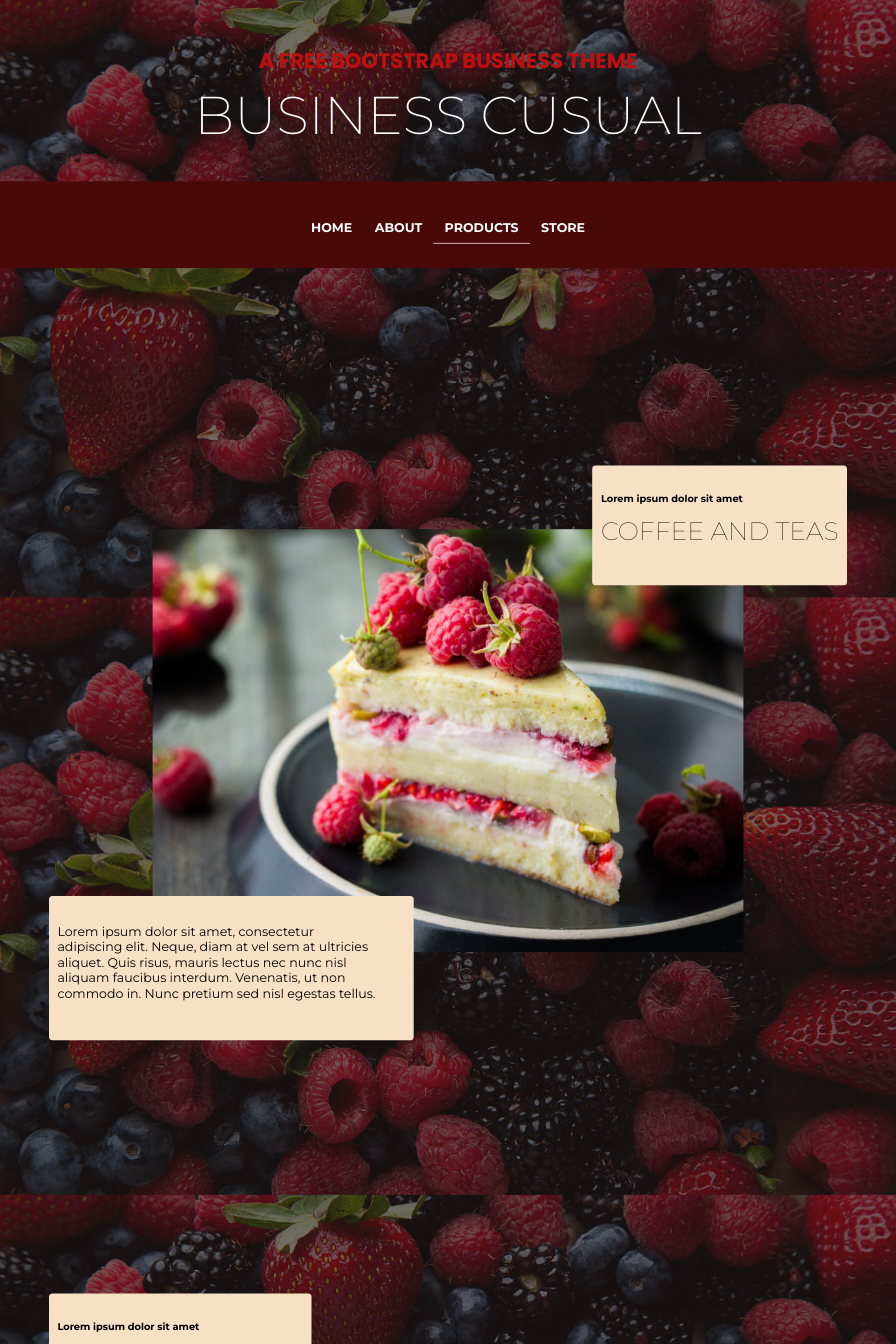
Repository: wadelfadill/tache_7_Business_bootstrap_theme
Page: product.html
An editor plug-in stored every save of this project. The page is shown before and after the next save, followed by the edit.
The browser window is 1280 px wide. The pictures show the part of the page from y = 0 to 1920 px (the page is 4296 px tall before and 3688 px after), at 70% of full size.
Backgrounds fixed to the window are drawn as part of the page.

Above is the page before, as saved 2023-04-30 17:36:46.

### product.html
<!DOCTYPE html>
<html lang="en">
<head>
    <meta charset="UTF-8">
    <meta http-equiv="X-UA-Compatible" content="IE=edge">
    <meta name="viewport" content="width=device-width, initial-scale=1.0">
    <!------ title of website ------>
    <title>Business website</title>
    <!------ Bootstrap cdn link ------>
    <link href="https://cdn.jsdelivr.net/npm/bootstrap@5.1.3/dist/css/bootstrap.min.css" rel="stylesheet" integrity="sha384-1BmE4kWBq78iYhFldvKuhfTAU6auU8tT94WrHftjDbrCEXSU1oBoqyl2QvZ6jIW3" crossorigin="anonymous">
    <!------- css link -------------->
    <link rel="stylesheet" href="css/style.css">
    <link rel="stylesheet" href="css/product_style.css">
    <!---------Google Fonts links ---------->
    <link rel="preconnect" href="https://fonts.googleapis.com">
    <link rel="preconnect" href="https://fonts.gstatic.com" crossorigin>
    <link href="https://fonts.googleapis.com/css2?family=Montserrat:wght@100;200;400;700&family=Poppins:wght@700&display=swap" rel="stylesheet">

</head>
<body>
    <!-- ========== Start Header Section ========== -->
    <header id="header">
        <h2 class="first_title text-center">A FREE BOOTSTRAP BUSINESS THEME</h2>
        <h1 class="second_title text-center">BUSINESS CUSUAL</h1>
        <!-- ========== Start navbar  Section ========== -->
        <nav class="my-auto mt-5">
            <div class="container my-auto">
                <ul class="nav justify-content-center">
                    <li class="nav-item">
                      <a class="nav-link" aria-current="page" href="index.html">HOME</a>
                    </li>
                    <li class="nav-item">
                      <a class="nav-link" href="about.html">ABOUT</a>
                    </li>
                    <li class="nav-item">
                      <a class="nav-link active" href="product.html">PRODUCTS</a>
                    </li>
                    <li class="nav-item">
                      <a class="nav-link" href="store.html">STORE</a>
                    </li>
                </ul>
            </div>
        </nav>
        <!-- ========== End navbar  Section ========== -->
    </header>
    <!-- ========== End Header Section ========== -->
    <!-- ========== Start Main Section ========== -->
    <main>
      <!-- ========== Start First Section ========== -->
      <section id="first_section">
        <div class="container">
          <div class="row d-flex flex-column justify-content-start">
            <div class="box-top m-0 align-self-md-end align-self-center">
              <p class="p1">Lorem ipsum dolor sit amet</p>
              <p class="p2">COFFEE AND TEAS</p>
            </div>
            <div class="image m-0 p-0 align-self-center text-center">
              <img src="images/gateau-p.png" alt="" class="img-fluid h-100">
            </div>
            <div class="box-bottom align-self-md-start align-self-center">
              <p>Lorem ipsum dolor sit amet, consectetur <br>
                adipiscing elit. Neque, diam at vel sem at ultricies <br>
                aliquet. Quis risus, mauris lectus nec nunc nisl <br>
                aliquam faucibus interdum. Venenatis, ut non <br>
                commodo in. Nunc pretium sed nisl egestas tellus.</p>
            </div>
          </div>
        </div>
      </section>
      <!-- ========== End First Section ========== -->
      <!-- ========== Start Second Section ========== -->
      <section id="second_section">
        <div class="container">
          <div class="row d-flex flex-column justify-content-start">
            <div class="box-top m-0 align-self-md-start align-self-center">
              <p class="p1">Lorem ipsum dolor sit amet</p>
              <p class="p2">BAKERY & KITCHEN</p>
            </div>
            <div class="image m-0 p-0 align-self-center text-center">
              <img src="images/gateau2-p.png" alt="" class="img-fluid h-100">
            </div>
            <div class="box-bottom align-self-md-end align-self-center">
              <p>Lorem ipsum dolor sit amet, consectetur <br>
                adipiscing elit. Neque, diam at vel sem at ultricies <br>
                aliquet. Quis risus, mauris lectus nec nunc nisl <br>
                aliquam faucibus interdum. Venenatis, ut non <br>
                commodo in. Nunc pretium sed nisl egestas tellus.</p>
            </div>
          </div>
        </div>
      </section>
      <!-- ========== End Second Section ========== -->
      <!-- ========== Start Third Section ========== -->
      <section id="second_section">
        <div class="container">
          <div class="row d-flex flex-column justify-content-start">
            <div class="box-top m-0 align-self-md-start align-self-center">
              <p class="p1">Lorem ipsum dolor sit amet</p>
              <p class="p2">PINK FLOWER</p>
            </div>
            <div class="image m-0 p-0 align-self-center text-center">
              <img src="images/gateau3-p.png" alt="" class="img-fluid h-100">
            </div>
            <div class="box-bottom align-self-md-end align-self-center">
              <p>Lorem ipsum dolor sit amet, consectetur <br>
                adipiscing elit. Neque, diam at vel sem at ultricies <br>
                aliquet. Quis risus, mauris lectus nec nunc nisl <br>
                aliquam faucibus interdum. Venenatis, ut non <br>
                commodo in. Nunc pretium sed nisl egestas tellus.</p>
            </div>
          </div>
        </div>
      </section>
      <!-- ========== End Third Section ========== -->
    </main>
    <!-- ========== End Main Section ========== -->
    <footer id="footer">
        <p class="text-center">Copyright c Wibesite 2021</p>
    </footer>



    <!------ Bootstrap script -------->
    <script src="https://cdn.jsdelivr.net/npm/bootstrap@5.1.3/dist/js/bootstrap.bundle.min.js" integrity="sha384-ka7Sk0Gln4gmtz2MlQnikT1wXgYsOg+OMhuP+IlRH9sENBO0LRn5q+8nbTov4+1p" crossorigin="anonymous"></script>
</body>
</html>

### css/style.css
/* ===== General ====== */

:root{
    --red-color: #BD1111;
    --bg-red:#490909;
    --white-color: #FFFFFF;
    --black-color: #000000;
    --bg-beize:#F6E1C5;
    --bg-red-black: #311919;
    --bg-red-opac:rgba(165, 52, 43, 0.69);
    --red-border: #CD5449;
}
*{
    margin: 0;
    padding: 0;
}
body{
    padding: 0;
    margin: 0;
    background-image: linear-gradient(rgba(34, 24, 24, 0.6), rgba(34, 24, 24, 0.6)), url("../images/1.jpeg");
    background-position: center;
    background-size: cover;
    background-repeat: no-repeat;
    background-attachment: fixed;
}
/* ===== squelette ====== */
/* ===== header section ====== */
/* ===== header titles ======= */
#header .first_title{
    font-family: 'Poppins';
    font-style: normal;
    font-weight: 700;
    font-size: 30px;
    line-height: 45px;
    color: var(--red-color);
    margin-top: 65px;
}
#header .second_title{
    font-family: 'Montserrat';
    font-style: normal;
    font-weight: 200;
    font-size: 76px;
    line-height: 93px;
    color: var(--white-color);
}
/* ====== header navbar ======*/
#header nav{
    background: var(--bg-red);
    height: 124px;
}
#header nav ul li{
    margin-top: 48px;
}
#header nav a{
    font-family: 'Montserrat';
    font-style: normal;
    font-weight: 700;
    font-size: 18px;
    line-height: 22px;
    color: var(--white-color);
}
#header nav a.active{
    padding-bottom: 10px;
    border-bottom: 1px solid white;
}
/* ==== Main section ==========*/
/* main{
    height: 1000px;
} */
/* ====== footer section ====== */
#footer{
    height: 162px;
    background: var(--bg-red-black);
    padding-top: 70px;
}
#footer p{
    font-family: 'Montserrat';
    font-style: normal;
    font-weight: 400;
    font-size: 18px;
    line-height: 22px;
    color: var(--white-color);
}


/* ===== responsive css ======*/
@media screen and (max-width:550px) {
    #header .second_title{
        font-size: 30px;
    }
    #header nav{
        height: max-content;
        padding-bottom: 40px;
    }
    #header nav ul{
        display: flex !important;
        flex-direction: column !important;
        text-align: center
    }
    /* #header nav a.active{

    } */
}

### css/product_style.css
/* ===== General ====== */

:root{
    --red-color: #BD1111;
    --bg-red:#490909;
    --white-color: #FFFFFF;
    --black-color: #000000;
    --bg-beize:#F6E1C5;
    --bg-red-black: #311919;
    --bg-red-opac:rgba(165, 52, 43, 0.69);
    --red-border: #CD5449;
}


/* ==========first section ========= */
#first_section, #second_section, #third_section{
    margin-top: 202px;
    margin-bottom: 202px;
    width: 100%;
}
#first_section .photo_fisrt{
    max-width: 844px;
    height: 604px;
    background: url("../images/gateau-p.png");
    background-size: cover;
    background-repeat: no-repeat;
    align-self: center;
}
.box-top{
    max-width: 413px;
    min-height: 150px;
    background: var(--bg-beize);
    padding-top: 39px;
    padding-bottom: 39px;
    border-radius: 5px;
    width: max-content;
    position: relative;
    bottom: -80px !important;
}
.box-top .p1{
    font-family: 'Montserrat';
    font-style: normal;
    font-weight: 600;
    font-size: 14px;
    line-height: 17px;
    color: #000000;
}
.box-top .p2{
    font-family: 'Montserrat';
    font-style: normal;
    font-weight: 100;
    font-size: 36px;
    line-height: 44px;
    color: #000000;
}
.box-bottom{
    max-width: 521px;
    min-height: 189px;
    padding-top: 40px;
    padding-bottom: 40px;
    position: relative;
    top: -80px;
    background: var(--bg-beize);
    border-radius: 5px;
}
.box-bottom p{
    font-family: 'Montserrat';
    font-style: normal;
    font-weight: 400;
    font-size: 18px;
    line-height: 22px;
    color: #000000;
}

 /* ============== responsive css ================ */
@media screen and (max-width:550px) {
    .box-top{
        width: auto;
    }
    .box-top .p1{
        font-size: medium;
    }
    .box-top .p2{
        font-size: large;
        text-align: center;
    }
    .box-bottom p{
        font-size: 16px;
        font-weight: 400;
        width: max-content;
    }
}

After the next save:
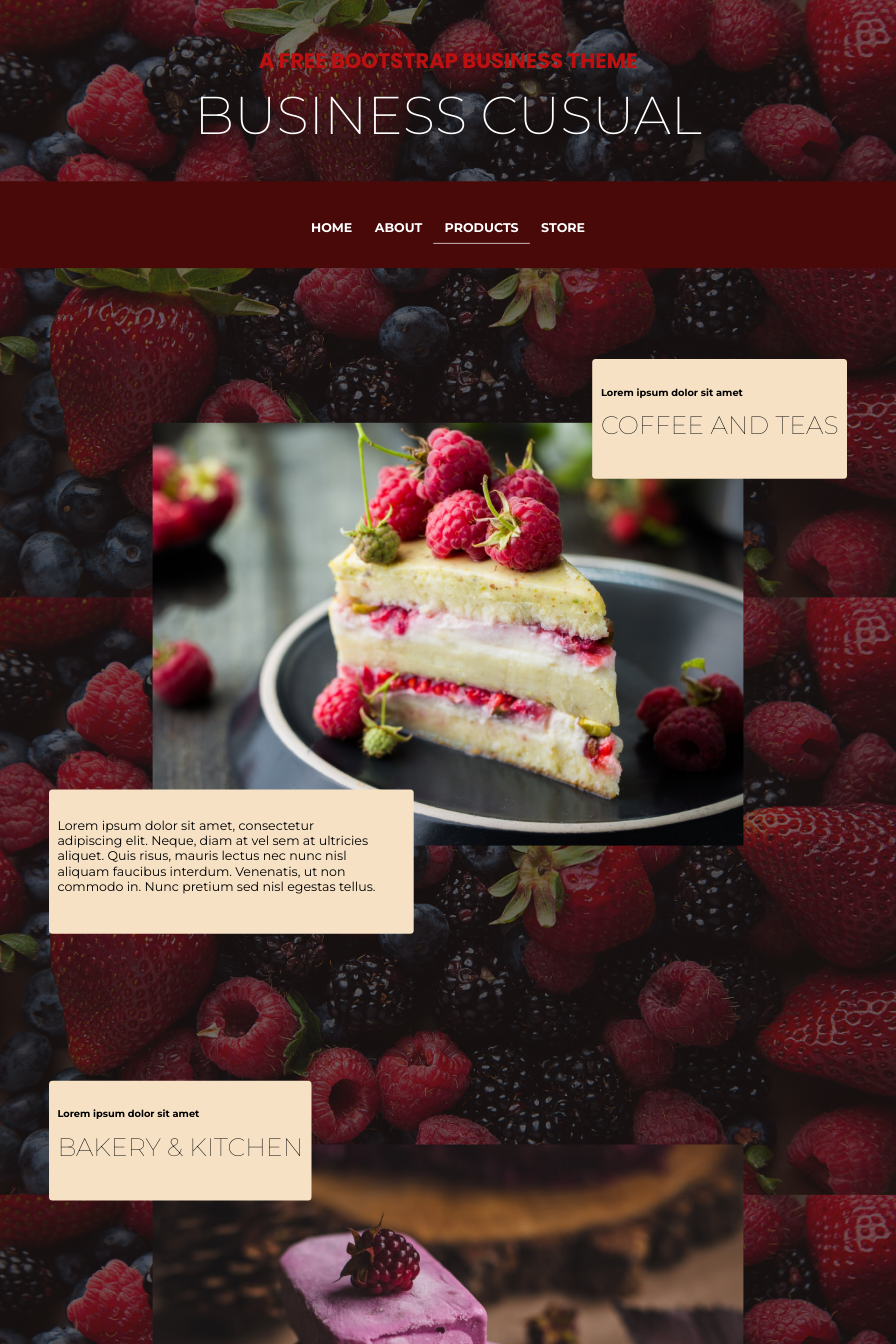
Saved 110 s later.
--- a/css/product_style.css
+++ b/css/product_style.css
@@ -14,8 +14,8 @@
 
 /* ==========first section ========= */
 #first_section, #second_section, #third_section{
-    margin-top: 202px;
-    margin-bottom: 202px;
+    margin-top: 50px;
+    margin-bottom: 50px;
     width: 100%;
 }
 #first_section .photo_fisrt{
